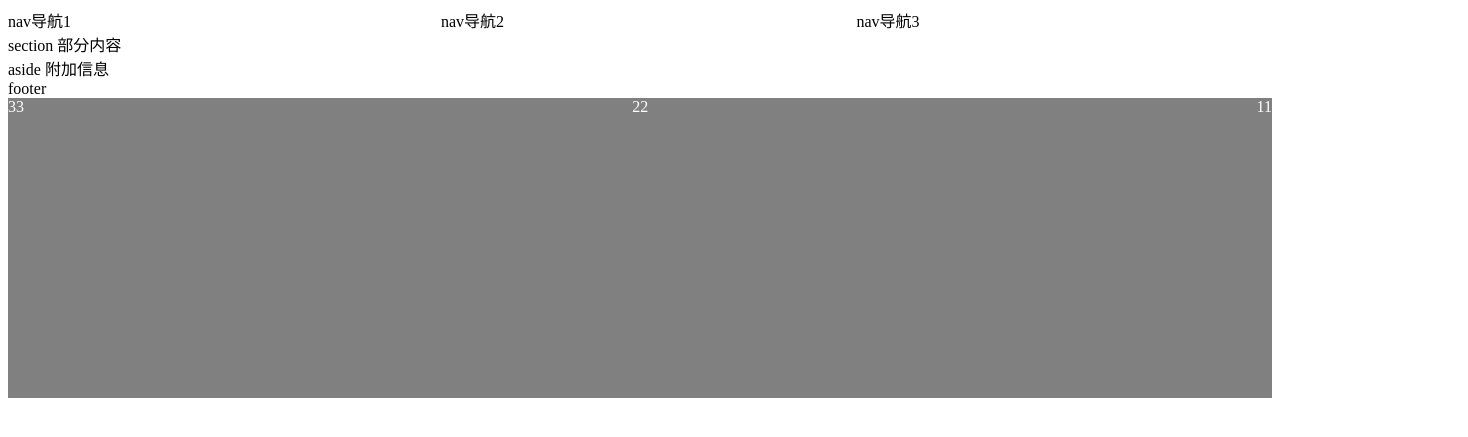
Repository: huangjianeng/front-end-study
Page: vue原理/html/flex.html
An editor plug-in stored every save of this project. The page is shown before and after the next save, followed by the edit.
The browser window is 1280 px wide. The page is 1280 px wide, then 1468 px, so the pictures cover 1468 px, including what lies to the right of the window. The pictures show the whole page.

Above is the page before, as saved 2020-07-31 11:48:00.

### vue原理/html/flex.html
<header>
    <nav>nav导航1</nav>
    <nav>nav导航2</nav>
    <nav>nav导航3</nav>
</header>
<section>section  部分内容</section>
<aside>aside 附加信息</aside>
<footer>footer</footer>
<div class="flex-wrap">
    <div>11</div>
    <div>22</div>
    <div>33</div>
</div>

<style>
    header{
        display: flex;
    }
    nav{
        flex-grow: 0;    /* 默认为0  不放大    */
        flex-shrink: 1;   /* 默认为1  空间不足等比缩小 */
        width: 480px;
    }
    nav:nth-child(1){
        flex-basis: 500px;
    }
    .flex-wrap{
        width: 100%;
        height: 300px;
        background-color: grey;
        display: flex;
        justify-content: space-between;
        flex-direction: row-reverse;
    }
    .flex-wrap>div{
        color: white;
    }
</style>

After the next save:
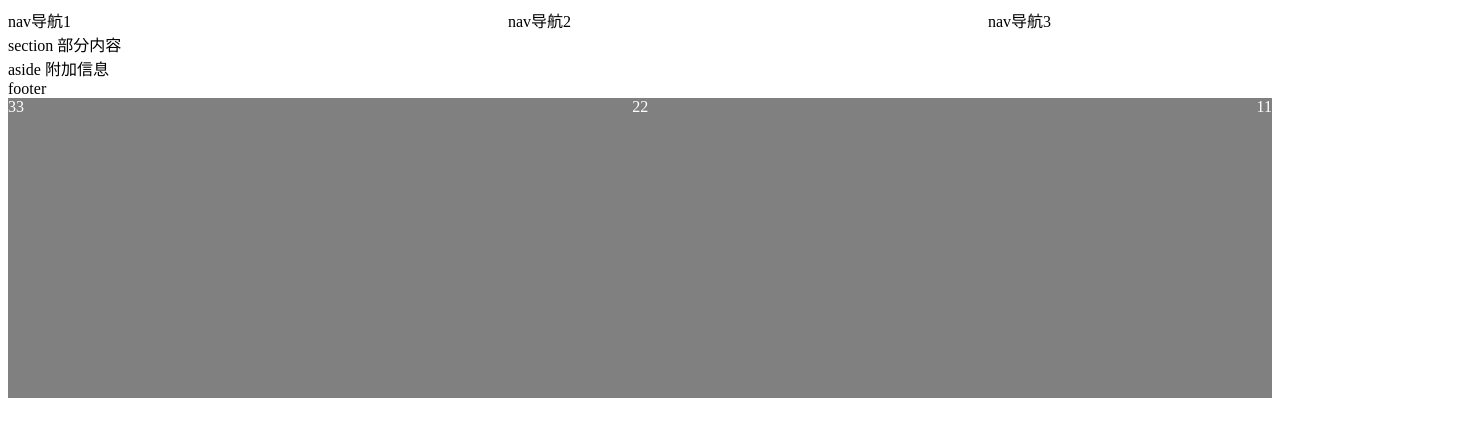
Saved 13 s later.
--- a/vue原理/html/flex.html
+++ b/vue原理/html/flex.html
@@ -18,7 +18,7 @@
     }
     nav{
         flex-grow: 0;    /* 默认为0  不放大    */
-        flex-shrink: 1;   /* 默认为1  空间不足等比缩小 */
+        flex-shrink: 0;   /* 默认为1  空间不足等比缩小 */
         width: 480px;
     }
     nav:nth-child(1){
